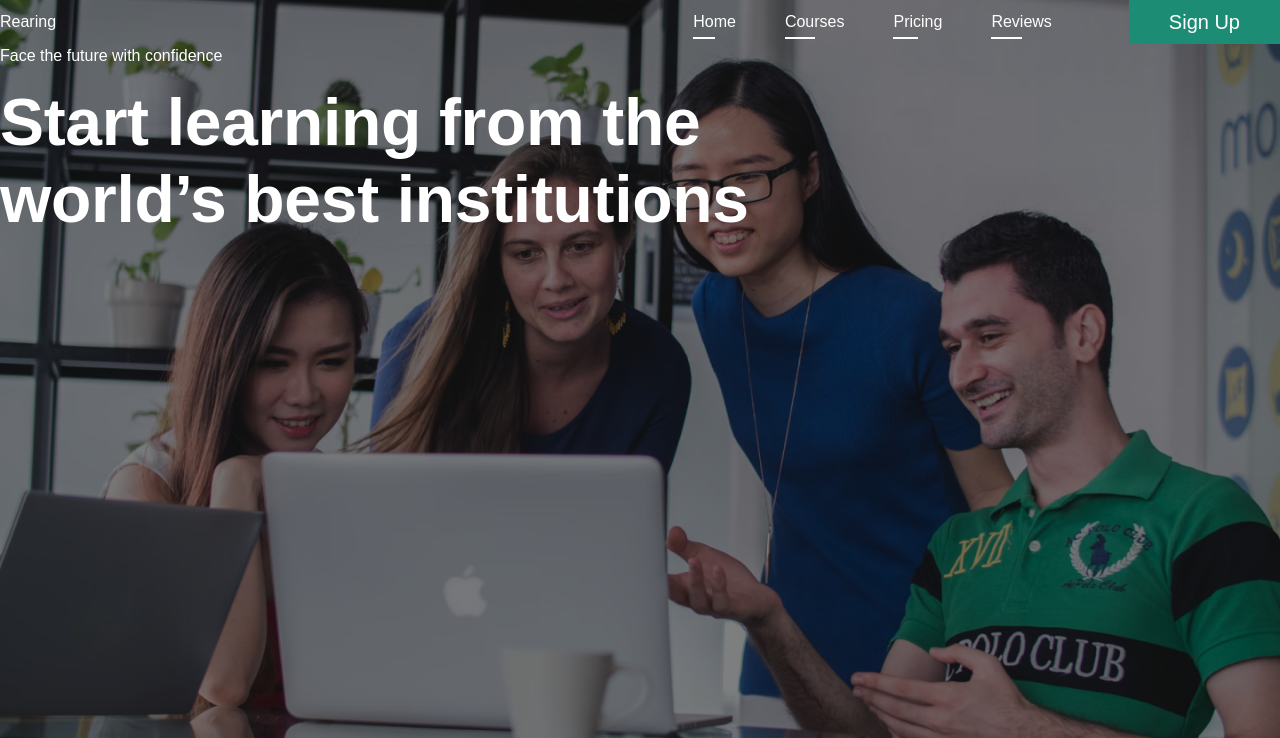
Repository: vandangnhathung/educationplatform
Page: /
These files come from the project's save history. The page is drawn as it stood at one moment and after the next save; the edit follows.
The browser window is 1280 px wide. The pictures show the whole page.
The project was rebuilt for these pictures with package versions that can differ from the ones it lists, and the page was loaded fresh each time.

Above is the page before, as saved 2022-06-20 15:07:02.

### src/index.js
import React from "react";
import ReactDOM from "react-dom/client";
import App from "./App";
import reportWebVitals from "./reportWebVitals";
import "./index.css";
const root = ReactDOM.createRoot(document.getElementById("root"));
root.render(
  <React.StrictMode>
    <App />
  </React.StrictMode>
);

// If you want to start measuring performance in your app, pass a function
// to log results (for example: reportWebVitals(console.log))
// or send to an analytics endpoint. Learn more: https://bit.ly/CRA-vitals
reportWebVitals();

### src/App.js
import Header from "./components/Header";

function App() {
  return (
    <>
      <Header></Header>
    </>
  );
}

export default App;

### src/index.css
@tailwind base;
@tailwind components;
@tailwind utilities;
@import url("https://fonts.googleapis.com/css2?family=Urbanist:wght@100;200;300;400;500;600;700;800&display=swap");
*,
*::before,
*::after {
  box-sizing: border-box;
}
* {
  margin: 0;
  padding: 0;
}

html,
body {
  height: 100%;
}
body {
  line-height: 1.5;
  font-family: "Urbanist", sans-serif;
}

img,
picture,
video,
canvas,
svg {
  display: block;
  max-width: 100%;
}
input,
button,
textarea,
select {
  font: inherit;
  outline: none;
}
p,
h1,
h2,
h3,
h4,
h5,
h6 {
  overflow-wrap: break-word;
}

.container {
  max-width: 1280px;
  margin: 0 auto;
  width: 100%;
}

.active {
  position: relative;
}

.active::before {
  content: "";
  display: block;
  position: absolute;
  bottom: -5px;
  width: 50%;
  padding: 1px;
  left: 0;
  background-color: #fff;
}

### src/components/Header.js
import React, { useEffect } from "react";
import headerImg from "../images/Images.png";
const Header = () => {
  const headerNav = [
    {
      id: 1,
      title: "Home",
    },
    {
      id: 2,
      title: "Courses",
    },
    {
      id: 3,
      title: "Pricing",
    },
    {
      id: 4,
      title: "Reviews",
    },
  ];
  return (
    <header>
      <div className="relative">
        <img src={headerImg} alt="header_img" className="w-full" />
        <div className="absolute inset-0 bg-black opacity-50"></div>
        <div class="absolute top-0  left-0 right-0 ">
          <div class="container">
            <div className=" header-top text-white flex items-center justify-between">
              <div className="">Rearing</div>
              <div className="flex items-center">
                <nav className="mr-[77px]">
                  <ul className="flex items-center  gap-x-[49px] ">
                    {headerNav.map((item) => (
                      <li className="active cursor-pointer" key={item.id}>
                        {item.title}
                      </li>
                    ))}
                  </ul>
                </nav>
                <button className="py-2 px-10 bg-[#1D8C74] text-white text-xl ">
                  Sign Up
                </button>
              </div>
            </div>

            <div className="slogan text-white">
              <h3 className="text-base mb-4">
                Face the future with confidence
              </h3>
              <h1 className="desc max-w-[777px] text-[66px] leading-[77px] w-full tracking-[-0.02rem] font-bold">
                Start learning from the world’s best institutions
              </h1>
            </div>
          </div>
        </div>
      </div>
    </header>
  );
};

export default Header;

Loaded but not shown: public/index.html (common file); src/reportWebVitals.js (common file); tailwind.config.js (common file)

After the next save:
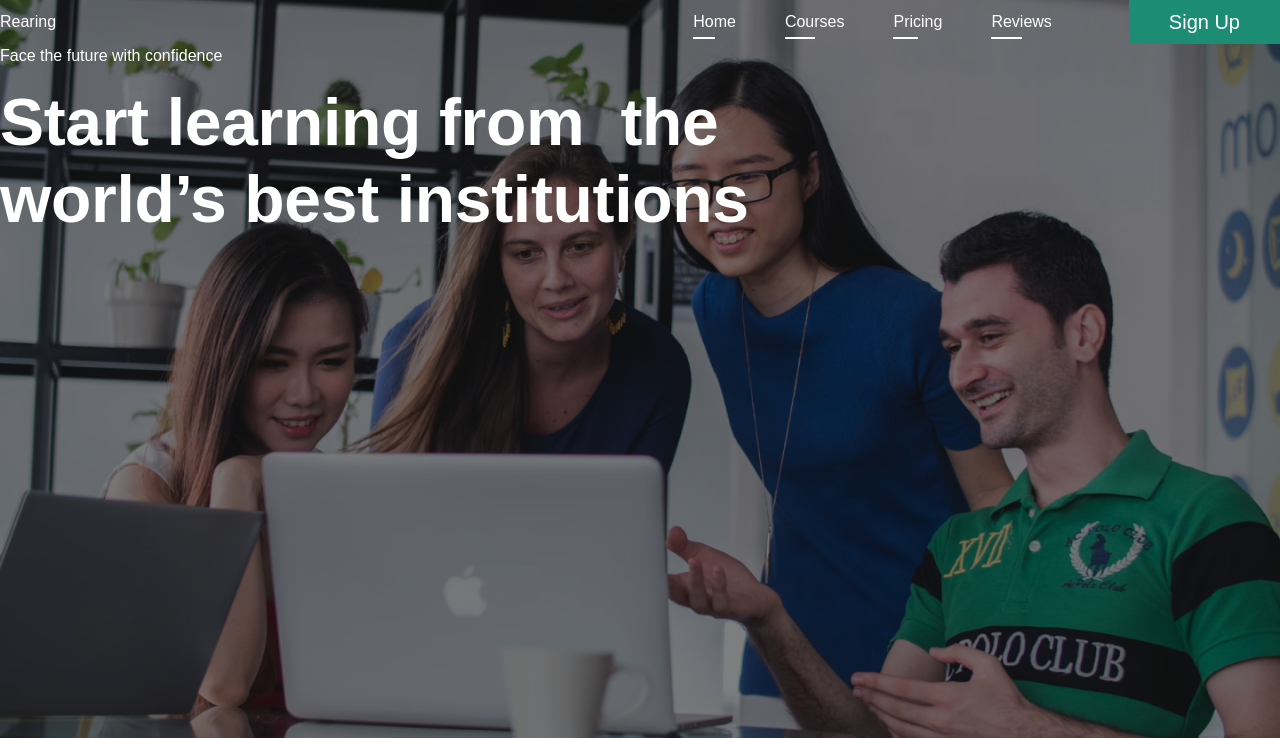
Saved 66 s later.
--- a/src/components/Header.js
+++ b/src/components/Header.js
@@ -49,7 +49,8 @@ const Header = () => {
                 Face the future with confidence
               </h3>
               <h1 className="desc max-w-[777px] text-[66px] leading-[77px] w-full tracking-[-0.02rem] font-bold">
-                Start learning from the world’s best institutions
+                Start learning from <span className="inline-block "></span>{" "}
+                <p className="inline-block">the</p> world’s best institutions
               </h1>
             </div>
           </div>
